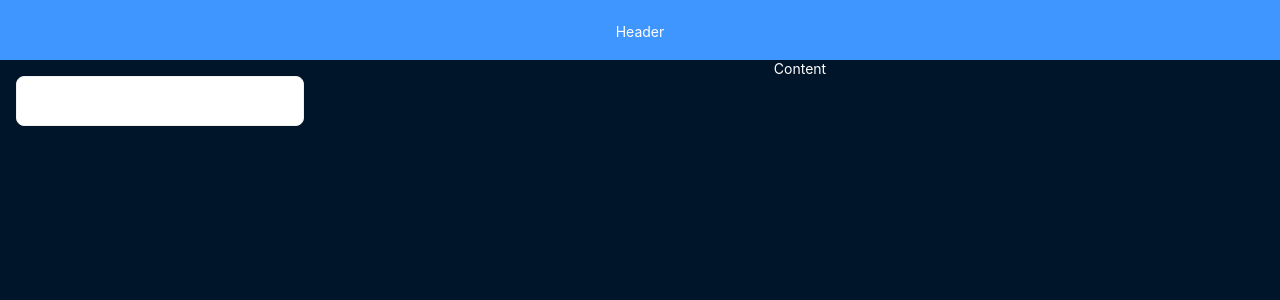
Repository: Vadia23/React-Crypto-App
Page: /
The author's editor kept a copy of each file at every save. The page is drawn from the files as they stood at one save, then again after the next save.
The browser window is 1280 px wide. The pictures show the whole page.
The project was rebuilt for these pictures with package versions that can differ from the ones it lists, and the page was loaded fresh each time. Also part of the build but not shown: vite.config.js.

Above is the page before, as saved 2024-02-08 17:54:57.

After the next save:
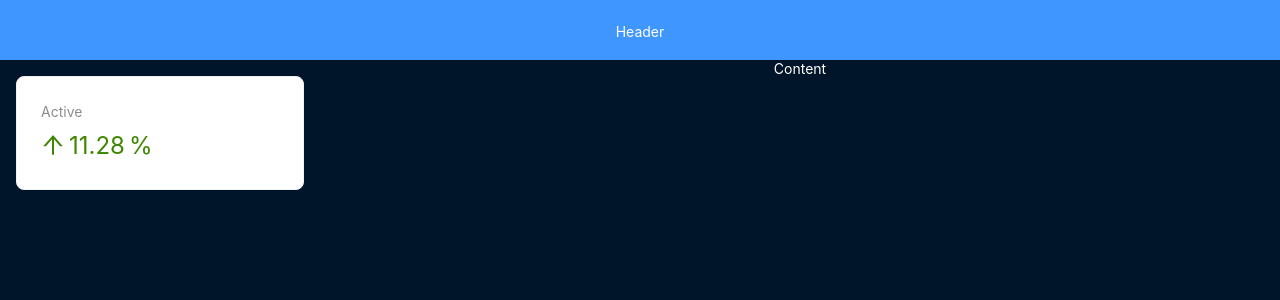
Saved 46 s later.
--- a/src/components/layout/AppSider.jsx
+++ b/src/components/layout/AppSider.jsx
@@ -1,4 +1,5 @@
-import { Card, Layout } from "antd";
+import { Card, Layout, Statistic } from "antd";
+import { ArrowUpOutlined } from "@ant-design/icons";
 
 const siderStyle = {
   padding: "1rem",
@@ -7,7 +8,16 @@
 export default function AppSider() {
   return (
     <Layout.Sider width="25%" style={siderStyle}>
-      <Card></Card>
+      <Card>
+        <Statistic
+          title="Active"
+          value={11.28}
+          precision={2}
+          valueStyle={{ color: "#3f8600" }}
+          prefix={<ArrowUpOutlined />}
+          suffix="%"
+        />
+      </Card>
     </Layout.Sider>
   );
 }
